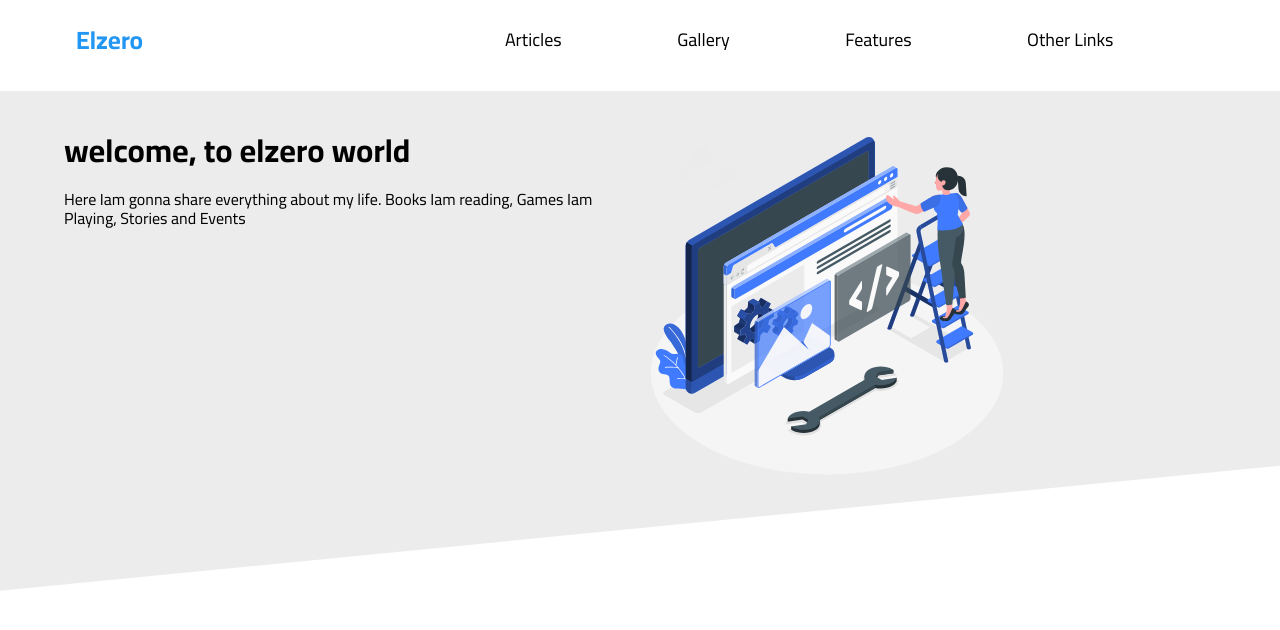
Repository: Toqa-25/elzeroAcdemey-Templete
Page: index.html
The author's editor kept a copy of each file at every save. The page is drawn from the files as they stood at one save, then again after a run of saves.
The browser window is 1280 px wide. The pictures show the whole page.

Above is the page before, as saved 2022-01-16 21:30:38.

After the next 2 saves:
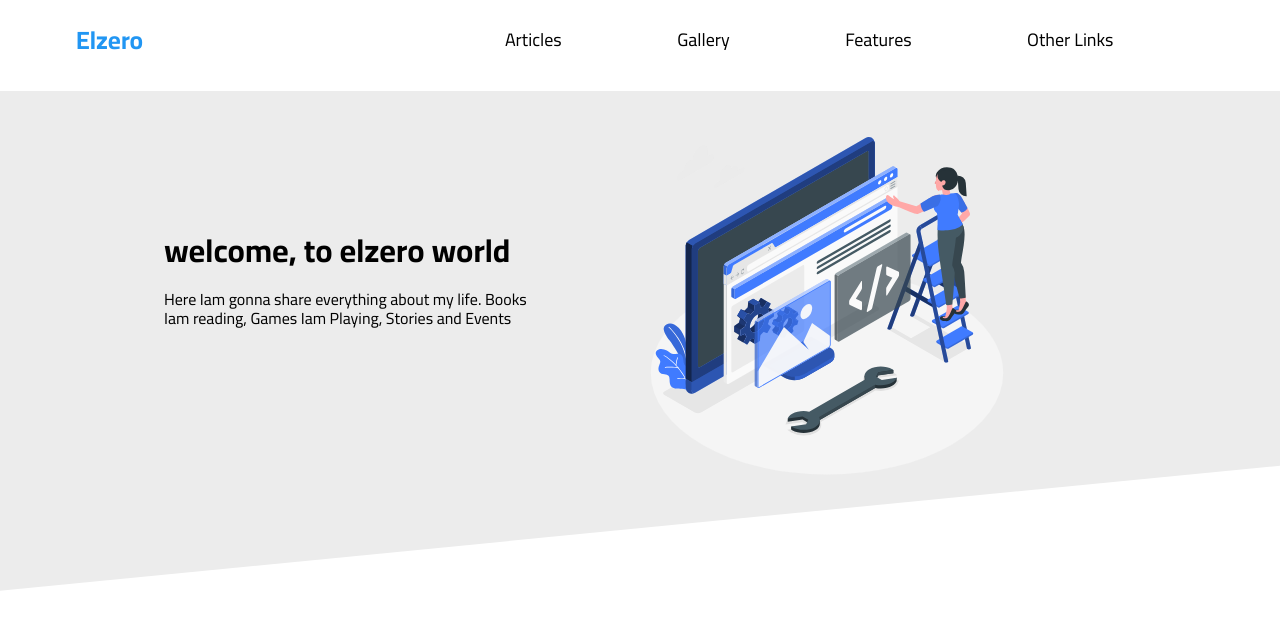
The 2 saves are shown as one change because they came seconds apart.
The last was saved 6 s later.
--- a/css/style.css
+++ b/css/style.css
@@ -271,7 +271,7 @@ nav{
 }
 .welcome-content-info{
     width:50%;
-    pad
+    padding: 100px;
 }
 .welcome-content-img{
     width:50%
